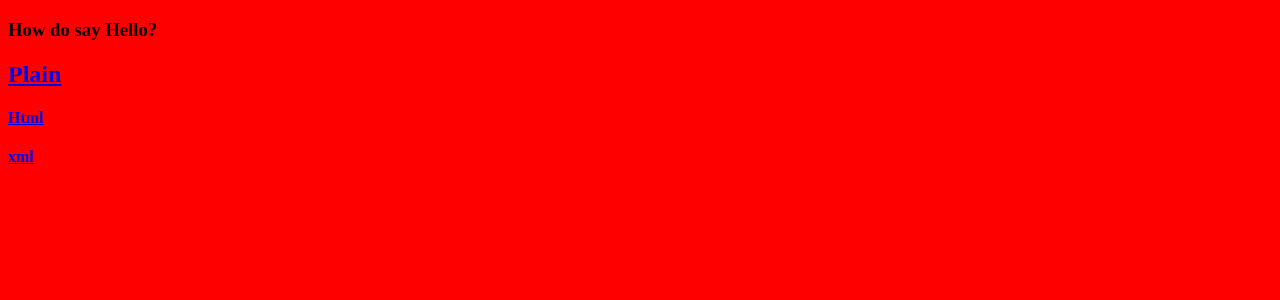
Repository: AkshayJain2904/Zen-Assignemt
Page: REST Demo/TrivagHotels/WebContent/index.html
These files come from the project's save history. The page is drawn as it stood at one moment and after the next save; the edit follows.
The browser window is 1280 px wide. The pictures show the whole page.

Above is the page before, as saved 2019-07-24 12:11:36.

After the next save:
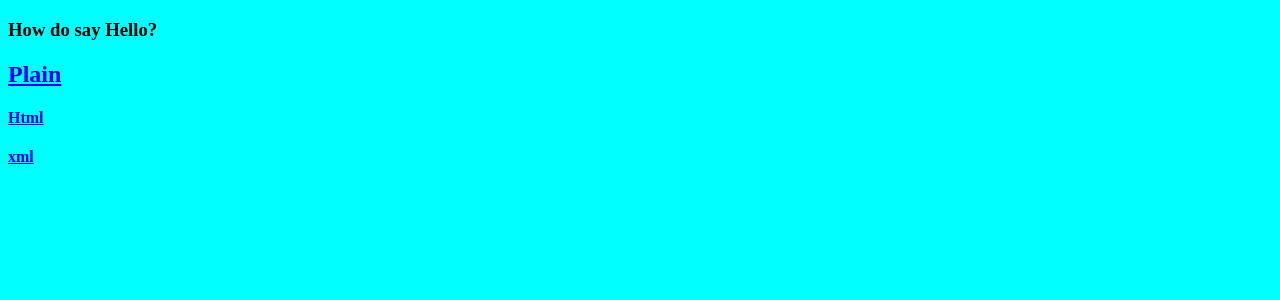
Saved 2 min 13 s later.
--- a/REST Demo/TrivagHotels/WebContent/index.html
+++ b/REST Demo/TrivagHotels/WebContent/index.html
@@ -5,7 +5,7 @@
 <title>Trivago Hotels</title>
 <style type="text/css">
 body{
-	background-color: red;
+	background-color: aqua;
 }
 </style>
 </head>
